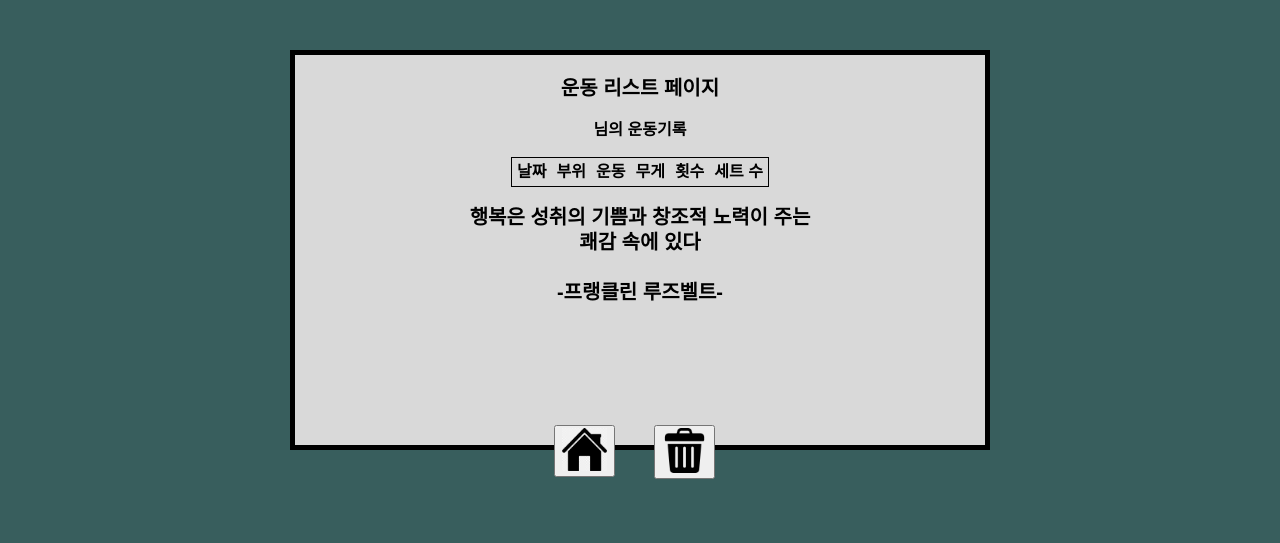
Repository: Up-Min/hrdkorea
Page: http://localhost/jsp_workout/wk_list.jsp
The author's editor kept a copy of each file at every save. The page is drawn from the files as they stood at one save, then again after the next save.
The browser window is 1280 px wide. The pictures show the whole page.
The page is served by Tomcat 9. Other server files are loaded and not shown. The template is opened directly, without the code that normally fills it, so the values that code supplies are empty.

Above is the page before, as saved 2022-12-31 12:14:25.

### jsp_workout/src/main/webapp/wk_list.jsp
<%@ page language="java" contentType="text/html; charset=UTF-8"
	pageEncoding="UTF-8"%>
<%@ taglib prefix="c" uri="http://java.sun.com/jsp/jstl/core"%>
<%@ page import="java.util.*"%>
<%@ page import="DTO.*"%>


<!DOCTYPE html>
<html style = "background-color: #385E5D;">
<head>
<meta charset="UTF-8">
<title>Insert title here</title>
<link rel="stylesheet" href="./css/style.css" />
</head>
<style>
.body{
	width: 700px;
	height: 400px;
	margin: 0 auto;
	background-color: #D9D9D9;
	color: black;
	text-align: center;
	border : 5px solid black;
}

.name{
	font-size: 20px;
	line-height: 30px;
}

table {
	border: 1px solid black;
	text-align: center;
	margin: 0 auto;
	padding : 3px;
}
table th{
	padding : 5px;
}

table td{
	padding : 10px;
}

.change:hover{
	cursor: pointer;
}

.good{
	font-size: 20px;
	line-height: 25px;
}

.delete{
	position: absolute;
	right : 0;
	top: 375px;
	right : 325px;
}

.home{
	position: absolute;
	right : 0;
	top : 375px;
	right : 425px;
}

button:hover{
 cursor: pointer;
}


</style>


<body style = "background-color: #385E5D; width : 800px; margin: 0 auto; margin-top : 50px; position: relative;" >
<div class="body">
	<form action="delete" method="post">
		<input type="hidden" name="work_num" value="${work_num}">
		<input type="hidden" name="user_id" value="${user_id}">
		<input type="hidden" name="user_pwd" value="${user_pwd}">
		<br>
		<p class = "name">운동 리스트 페이지</p>
		<br>
		<p>${user_id}님의 운동기록</p>
		<br>
		<table>
			<tr>
				<th>날짜</th>
				<th>부위</th>
				<th>운동</th>
				<th>무게</th>
				<th>횟수</th>
				<th>세트 수</th>
			</tr>
			<c:forEach items="${list}" var="w" varStatus="status">
				<!-- jstl쓰면 굳이 request쓸 필요 없다. (Board board : boardList) -->
				<tr>
					<td>${w.wk_date}</td>
					<td>${w.wk_part}</td>
					<td>${w.ex_name}</td>
					<td>${w.ex_weight}kg</td>
					<td>${w.ex_reps}회</td>
					<td>${w.ex_sets}세트</td>
					<td style="color : #385C92" class="change"
						onclick="location.href = 'edit?user_id=${user_id}&user_pwd=${user_pwd}&user_num=${user_num}&wk_no=${w.wk_number}&ex_num=${w.ex_number}'">
					운동수정</td>
				</tr>

			</c:forEach>
		</table>
		<br>

		<p class = "good">
			행복은 성취의 기쁨과 창조적 노력이 주는 <br> 쾌감 속에 있다 <br><br>
			<b> -프랭클린 루즈벨트- </b>
		</p>


		<button class = "delete" type="submit"> <img alt="삭제" src="./img/trash-can.png" width="45px"></button>
	</form>
		<button class = "home" onclick="location.href = 'signin?user_id=${user_id}&user_pwd=${user_pwd}'"> <img alt="home" src="./img/home.png" width="45px"> </button>
</div>

	<script type="text/javascript" src="./script.js"></script>
</body>


<%-- 	<table>
		<c:forEach items="${wklist0}" var="w" varStatus="status">
			<input type=hidden value="${w.wk_number}">
			<!-- jstl쓰면 굳이 request쓸 필요 없다. (Board board : boardList) -->
			<tr onclick = "location.href = 'wk_list.jsp?user_num=${num}&list_no=${w.wk_number}'">
				<td>${w.wk_date}</td>
				<td>${w.wk_number}</td>
				<td>${w.ex_number}</td>
				<td>${w.wk_part}</td>
				<td>${w.ex_name}</td>
				<td>${w.ex_weight}</td>
				<td>${w.ex_reps}</td>
				<td>${w.ex_sets}</td>
			</tr>
		</c:forEach>
	</table>

	<hr>
	<table>
		<c:forEach items="${wklist1}" var="w" varStatus="status">
			<input type=hidden value="${w.wk_number}">
			<!-- jstl쓰면 굳이 request쓸 필요 없다. (Board board : boardList) -->
			<tr>
				<td>${w.wk_date}</td>
				<td>${w.wk_number}</td>
				<td>${w.ex_number}</td>
				<td>${w.wk_part}</td>
				<td>${w.ex_name}</td>
				<td>${w.ex_weight}</td>
				<td>${w.ex_reps}</td>
				<td>${w.ex_sets}</td>
			</tr>
		</c:forEach>
	</table>
	<hr>
	<table>
		<c:forEach items="${wklist2}" var="w" varStatus="status">
			<input type=hidden value="${w.wk_number}">
			<!-- jstl쓰면 굳이 request쓸 필요 없다. (Board board : boardList) -->
			<tr>
				<td>${w.wk_date}</td>
				<td>${w.wk_number}</td>
				<td>${w.ex_number}</td>
				<td>${w.wk_part}</td>
				<td>${w.ex_name}</td>
				<td>${w.ex_weight}</td>
				<td>${w.ex_reps}</td>
				<td>${w.ex_sets}</td>
			</tr>
		</c:forEach>
	</table>
	<hr>
	<table>
		<c:forEach items="${wklist3}" var="w" varStatus="status">
			<input type=hidden value="${w.wk_number}">
			<!-- jstl쓰면 굳이 request쓸 필요 없다. (Board board : boardList) -->
			<tr>
				<td>${w.wk_date}</td>
				<td>${w.wk_number}</td>
				<td>${w.ex_number}</td>
				<td>${w.wk_part}</td>
				<td>${w.ex_name}</td>
				<td>${w.ex_weight}</td>
				<td>${w.ex_reps}</td>
				<td>${w.ex_sets}</td>
			</tr>
		</c:forEach>
	</table>
	<hr>
	<table>
		<c:forEach items="${wklist4}" var="w" varStatus="status">
			<input type=hidden value="${w.wk_number}">
			<!-- jstl쓰면 굳이 request쓸 필요 없다. (Board board : boardList) -->
			<tr>
				<td>${w.wk_date}</td>
				<td>${w.wk_number}</td>
				<td>${w.ex_number}</td>
				<td>${w.wk_part}</td>
				<td>${w.ex_name}</td>
				<td>${w.ex_weight}</td>
				<td>${w.ex_reps}</td>
				<td>${w.ex_sets}</td>
			</tr>
		</c:forEach>
	</table>
	<hr>
	<table>
		<c:forEach items="${wklist5}" var="w" varStatus="status">
			<input type=hidden value="${w.wk_number}">
			<!-- jstl쓰면 굳이 request쓸 필요 없다. (Board board : boardList) -->
			<tr>
				<td>${w.wk_date}</td>
				<td>${w.wk_number}</td>
				<td>${w.ex_number}</td>
				<td>${w.wk_part}</td>
				<td>${w.ex_name}</td>
				<td>${w.ex_weight}</td>
				<td>${w.ex_reps}</td>
				<td>${w.ex_sets}</td>
			</tr>
		</c:forEach>
	</table> --%>

</html>

### jsp_workout/src/main/webapp/css/style.css
@charset "UTF-8";
@import url('./reset.css');

* { box-sizing: border-box; }
.video-background {
  background: #000;
  position: fixed;
  top: 0; right: 0; bottom: 0; left: 0;
  z-index: -99;
}
.video-foreground,
.video-background iframe {
  position: absolute;
  top: 0;
  left: 0;
  width: 100%;
  height: 100%;
  pointer-events: none;
}
#vidtop-content {
    top: 0;
    color: #fff;
}
.vid-info { position: absolute; top: 0; right: 0; width: 33%; background: rgba(0,0,0,0.3); color: #fff; padding: 1rem; font-family: Avenir, Helvetica, sans-serif; }
.vid-info h1 { font-size: 2rem; font-weight: 700; margin-top: 0; line-height: 1.2; }
.vid-info a { display: block; color: #fff; text-decoration: none; background: rgba(0,0,0,0.5); transition: .6s background; border-bottom: none; margin: 1rem auto; text-align: center; }
@media all and (max-width: 600px) {
.vid-info { width: 50%; padding: .5rem; }
.vid-info h1 { margin-bottom: .2rem; }
}
@media all and (max-width: 500px) {
.vid-info .acronym { display: none; }
}

*,:after,:before{box-sizing:border-box}
.clearfix:after,.clearfix:before{content:'';display:table}
.clearfix:after{clear:both;display:block}
a{color:inherit;text-decoration:none}

.tab:hover{
	cursor: pointer;
}

.login-wrap{
  width:100%;
  margin:auto;
  max-width:525px;
  min-height:950px;
  position:relative;
  box-shadow:0 12px 15px 0 rgba(0,0,0,.24),0 17px 50px 0 rgba(0,0,0,.19);
}
.login-html{
  width:100%;
  height:100%;
  position:absolute;
  padding:90px 70px 50px 70px;
  background:rgba(40,57,101,.9);
}
.login-html .sign-in-htm,
.login-html .sign-up-htm{
  top:0;
  left:0;
  right:0;
  bottom:0;
  position:absolute;
  transform:rotateY(180deg);
  backface-visibility:hidden;
  transition:all .4s linear;
}
.login-html .sign-in,
.login-html .sign-up,
.login-form .group .check{
  display:none;
}
.login-html .tab,
.login-form .group .label,
.login-form .group .button{
  text-transform:uppercase;
}
.login-html .tab{
  font-size:22px;
  margin-right:15px;
  padding-bottom:5px;
  margin:0 15px 10px 0;
  display:inline-block;
  border-bottom:2px solid transparent;
}
.login-html .sign-in:checked + .tab,
.login-html .sign-up:checked + .tab{
  color:#fff;
  border-color:#1161ee;
}
.login-form{
  min-height:345px;
  position:relative;
  perspective:1000px;
  transform-style:preserve-3d;
}
.login-form .group{
  margin-bottom:15px;
}
.login-form .group .label,
.login-form .group .input,
.login-form .group .button{
  width:100%;
  color:#fff;
  display:block;
}
.login-form .group .input,
.login-form .group .button{
  border:none;
  padding:15px 20px;
  border-radius:25px;
  background:rgba(255,255,255,.1);
}
.login-form .group .button:hover{
	cursor: pointer;
}

.login-form .group input[data-type="password"]{
  text-security:circle;
  -webkit-text-security:circle;
}
.login-form .group .label{
  color:#aaa;
  font-size:12px;
}
.login-form .group .button{
  background:#1161ee;
}
.login-form .group label .icon{
  width:15px;
  height:15px;
  border-radius:2px;
  position:relative;
  display:inline-block;
  background:rgba(255,255,255,.1);
}
.login-form .group label .icon:before,
.login-form .group label .icon:after{
  content:'';
  width:10px;
  height:2px;
  background:#fff;
  position:absolute;
  transition:all .2s ease-in-out 0s;
}
.login-form .group label .icon:before{
  left:3px;
  width:5px;
  bottom:6px;
  transform:scale(0) rotate(0);
}
.login-form .group label .icon:after{
  top:6px;
  right:0;
  transform:scale(0) rotate(0);
}
.login-form .group .check:checked + label{
  color:#fff;
}
.login-form .group .check:checked + label .icon{
  background:#1161ee;
}
.login-form .group .check:checked + label .icon:before{
  transform:scale(1) rotate(45deg);
}
.login-form .group .check:checked + label .icon:after{
  transform:scale(1) rotate(-45deg);
}
.login-html .sign-in:checked + .tab + .sign-up + .tab + .login-form .sign-in-htm{
  transform:rotate(0);
}
.login-html .sign-up:checked + .tab + .login-form .sign-up-htm{
  transform:rotate(0);
}

body{
  margin:0;
  color:#6a6f8c;
  background:#c8c8c8;
  font:600 16px/18px 'Open Sans',sans-serif;
}

.all{
	top : 100px;
	width: 800px;

}

ul{
	list-style: none;
}

tr:hover{
	cursor: pointer;
}

.hr{
  height:2px;
  margin:60px 0 50px 0;
  background:rgba(255,255,255,.2);
}
.foot-lnk{
  text-align:center;
}

### jsp_workout/src/main/webapp/css/reset.css
/* 홈페이지 초기화 reset.css */

/* http://meyerweb.com/eric/tools/css/reset/
   v2.0 | 20110126
   License: none (public domain)
*/

html, body, div, span, applet, object, iframe,
h1, h2, h3, h4, h5, h6, p, blockquote, pre,
a, abbr, acronym, address, big, cite, code,
del, dfn, em, img, ins, kbd, q, s, samp,
small, strike, strong, sub, sup, tt, var,
b, u, i, center,
dl, dt, dd, ol, ul, li,
fieldset, form, label, legend,
table, caption, tbody, tfoot, thead, tr, th, td,
article, aside, canvas, details, embed,
figure, figcaption, footer, header, hgroup,
menu, nav, output, ruby, section, summary,
time, mark, audio, video {
	margin: 0;
	padding: 0;
	border: 0;
	font-size: 100%;
	font: inherit;
	vertical-align: baseline;
	font-family: 'Jua', sans-serif;
}
/* HTML5 display-role reset for older browsers */
article, aside, details, figcaption, figure,
footer, header, hgroup, menu, nav, section {
	display: block;
}
body {
	line-height: 1;
}
ol, ul {
	list-style: none;
}
blockquote, q {
	quotes: none;
}
blockquote:before, blockquote:after,
q:before, q:after {
	content: '';
	content: none;
}
table {
	border-collapse: collapse;
	border-spacing: 0;
}

/* 추가 */

a { text-decoration: none !important;
	color: black;
}

header, footer, section {
	box-sizing:border-box;
}

iframe { /* 영상때문에 쓰임. 영상 크기 맞춰둠. */
	width: 100%;
}

### jsp_workout/src/main/webapp/script.js

function signup() {
	let regex = new RegExp('[a-z0-9]+@[a-z]+\.[a-z]{2,3}');
	var f = document.signup_form;
	var p = f.user_pwd.value;
	var p1 = f.user_pwd1.value;
	var i = f.user_id.value;
	var e = f.user_email.value;

	if (i == '') {
		alert("아이디를 입력해 주십시오.");
		i.focus();
		return false;
	}
	if (p == '') {
		alert("비밀번호를 입력해 주십시오.");
		p.focus();
		return false;
	}
	if (p1 == '') {
		alert("비밀번호 확인을 입력해 주십시오.");
		p1.focus();
		return false;
	}
	if (e == '') {
		alert("이메일 주소를 입력해 주십시오.");
		e.focus();
		return false;
	}

	if (p != p1) {
		alert("비밀번호가 일치하지 않습니다. 다시 확인해주세요.");
		p.focus();
		return false;
	} else if (regex.test(e) == false) {
		alert("올바른 이메일 형식이 아닙니다. 다시 확인해주세요.");
		e.focus();
		return false;
	} else {
		alert("회원가입이 완료 되었습니다.");
		f.submit();
	}
}

/*function pwdchk(){
	var f = document.signup_form;
	var p = f.user_pwd.value;
	var p1 = f.user_pwd1.value;



	if(p != p1){
		alert("비밀번호가 일치하지 않습니다. 다시 확인해주세요.")
	}else if(p = p1){
		alert("비밀번호가 일치합니다!")
	}
}*/

function chkpwd2() {
	var f = document.signup_form;
	var p = f.user_pwd.value;
	var p1 = f.user_pwd1.value;
	var r1 = document.getElementById("label_pwd1");
	var r2 = document.getElementById("label_pwd2");

	r1.style.display = 'none';
	r2.style.display = 'none';

	if (p != p1) {
		r1.style.display = 'none';
		r2.style.display = 'block';
	} else if (p == p1) {
		r1.style.display = 'block';
		r2.style.display = 'none';
	}
}

function chkEmail() {
	let regex = new RegExp('[a-z0-9]+@[a-z]+\.[a-z]{2,3}');
	var f = document.signup_form;
	var e = f.user_email.value;
	var e2 = document.getElementById("label_email");
	var e3 = document.getElementById("label_email1");

	e2.style.display = 'none';
	e3.style.display = 'none';

	if (regex.test(e) == false) {
		e2.style.display = 'block';
	}else if (regex.test(e) == true){
		e2.style.display = 'none';
		e3.style.display = 'block';
	}
}


function insert() {
	alert("운동 기록이 완료 되었습니다.");
	submit();
}

function chk_delete() {
	const result = confirm("정말 삭제하시겠습니까?");
	if (result) {
		alert("삭제가 완료 되었습니다.");
		submit();
	}
	return false;
}

function chk_cancel(user_id, user_pwd) {
	var result = confirm("하시던 운동을 취소하시겠습니까?");
	if (result) {
		alert("초기 화면으로 돌아갑니다.");
		location.href = "/jsp_workout/signin?user_id=" + user_id + "&user_pwd=" + user_pwd;
	} else {
		return false;
	}
}

function update() {
	var f = document.editForm;
	var n = f.ex_name.value;
	var w = f.ex_weight.value;
	var r = f.ex_reps.value;
	var s = f.ex_sets.value;

	if (n == '') {
		alert("수정할 운동 이름을 입력해 주십시오.");
		n.focus();
		return false;
	}
	if (w == '') {
		alert("수정할 운동 무게를 입력해 주십시오.");
		w.focus();
		return false;
	}
	if (r == '') {
		alert("수정할 운동 횟수를 입력해 주십시오.");
		r.focus();
		return false;
	}
	if (s == '') {
		alert("수정할 운동 세트를 입력해 주십시오.");
		s.focus();
		return false;
	}

	alert("수정이 완료 되었습니다.");
	submit();
}


function logout() {
	alert("로그아웃이 완료 되었습니다!");
	location.href = "/jsp_workout/";
}

After the next save:
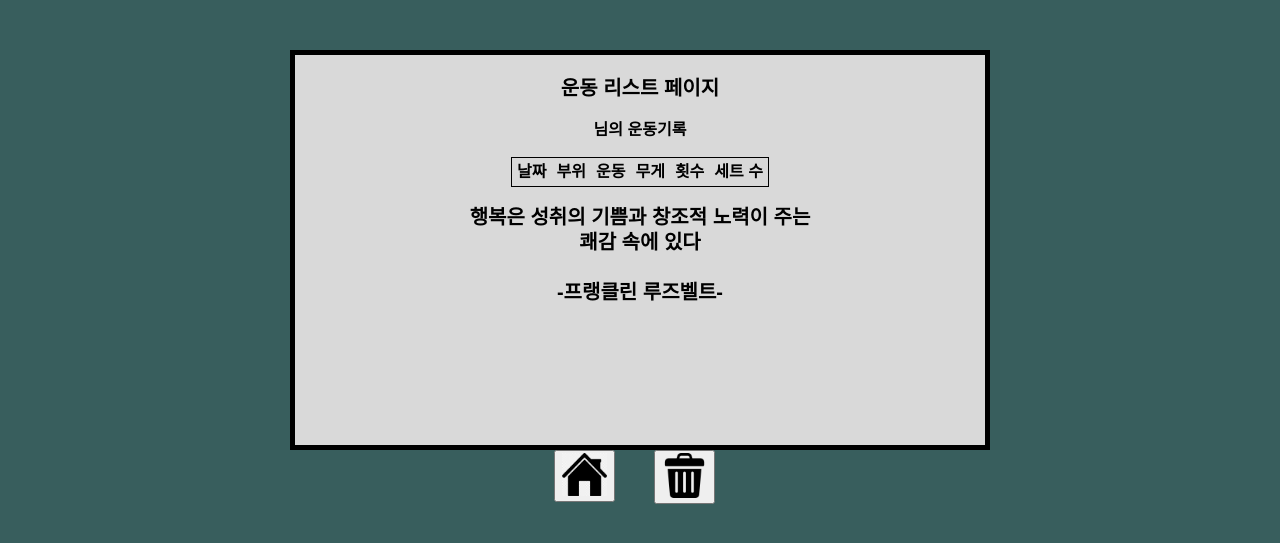
Saved 12 s later.
--- a/jsp_workout/src/main/webapp/wk_list.jsp
+++ b/jsp_workout/src/main/webapp/wk_list.jsp
@@ -54,14 +54,14 @@ table td{
 .delete{
 	position: absolute;
 	right : 0;
-	top: 375px;
+	top: 400px;
 	right : 325px;
 }
 
 .home{
 	position: absolute;
 	right : 0;
-	top : 375px;
+	top : 400px;
 	right : 425px;
 }
 
